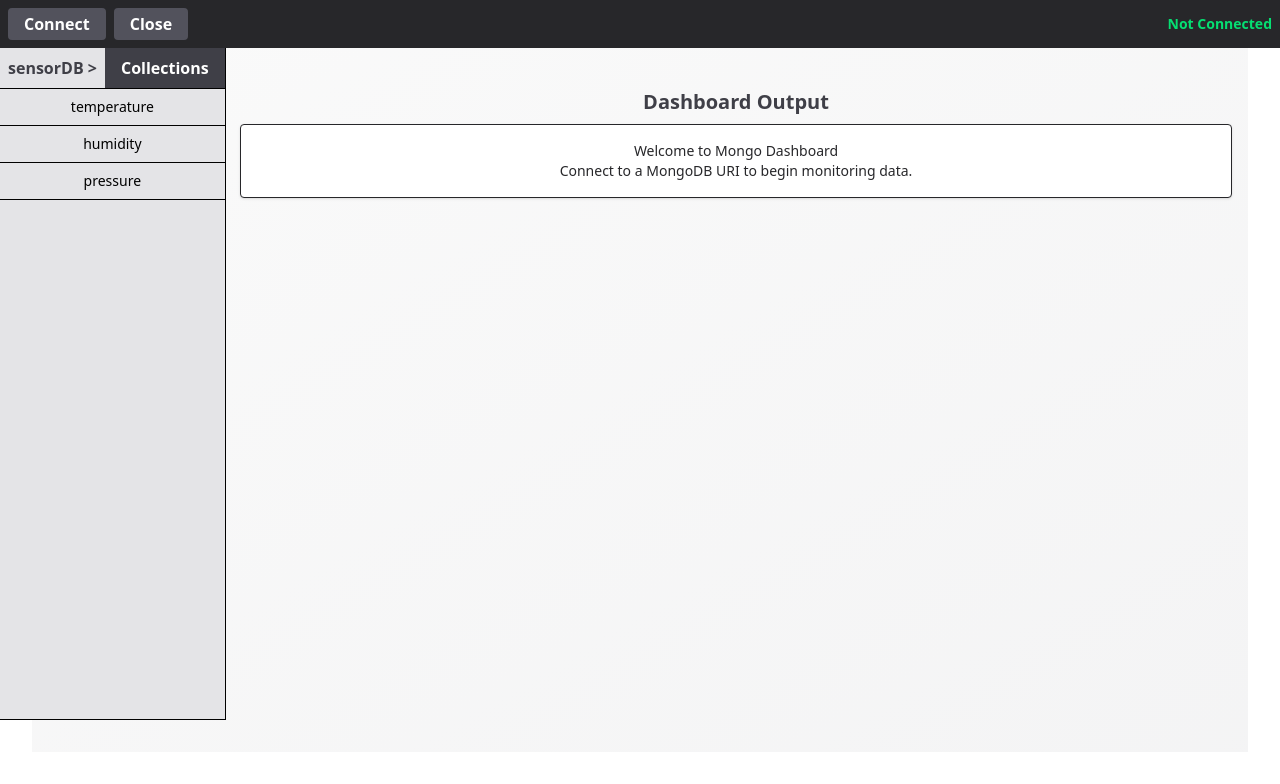
Repository: aryan151pratap/Dashboard
Page: / (app in frontened/), after clicking the first element matching `li.hover\:underline`
An editor plug-in stored every save of this project. The page is shown before and after the next save, followed by the edit.
The browser window is 1280 px wide. The pictures show the whole page.
The project was rebuilt for these pictures with package versions that can differ from the ones it lists, and the page was loaded fresh each time. Also part of the build but not shown: frontened/vite.config.js, frontened/src/component/connect.jsx.

Above is the page before, as saved 2025-06-24 14:34:24.

### frontened/index.html
<!doctype html>
<html lang="en">
  <head>
    <meta charset="UTF-8" />
    <link rel="icon" type="image/svg+xml" href="/vite.svg" />
    <meta name="viewport" content="width=device-width, initial-scale=1.0" />
    <title>Dashboard</title>
    <script src="https://cdn.jsdelivr.net/npm/@tailwindcss/browser@4"></script>

  </head>
  <body>
    <div id="root"></div>
    <script type="module" src="/src/main.jsx"></script>
  </body>
</html>

### frontened/src/App.jsx
import { useState } from 'react'
import './App.css'
import Dashboard from './component/dashboard'

function App() {

  return (
    <>
    <div className='h-screen w-full'>
      <Dashboard/>
    </div>
    </>
  )
}

export default App

### frontened/src/component/dashboard.jsx
import Bar from "./bar";

function Dashboard(){
	return(
		<>
		<div className="h-full w-full bg-gradient-to-br from-zinc-50 to-zinc-100">
			<Bar/>
		</div>
		</>
	)
}

export default Dashboard;

### frontened/src/component/bar.jsx
import { useState } from "react";
import Connect from "./connect";
import Left_bar from "./left_bar";
import Right_bar from "./right_bar";

function Bar() {
  const [buttons] = useState(["connect", "close"]);
  const [showModal, setShowModal] = useState(false);
  const [uri, setUri] = useState("");
  const [connected, setConnected] = useState(false);

  return (
    <div>
		{/* Top Navbar */}
		<div className="w-full fixed top-0 left-0 flex justify-between items-center p-2 bg-zinc-800 text-white z-10">
			<div className="flex gap-2">
			{buttons.map((i, index) => (
				<button
				key={index}
				onClick={() => i === "connect" && setShowModal(true)}
				className="capitalize font-semibold bg-zinc-600 px-4 py-1 rounded hover:bg-zinc-700"
				>
				{i}
				</button>
			))}
			</div>
			<p className="font-semibold text-green-400 text-sm">
			{connected ? "Connected" : "Not Connected"}
			</p>
		</div>

		<div className="h-screen flex flex-col">

			<Left_bar/>

			<Right_bar/>

		</div>

		{showModal && (
			<Connect
				uri={uri}
				setUri={setUri}
				setConnected={setConnected}
				setShowModal={setShowModal}
			/>
		)}
    </div>
  );
}

export default Bar;

### frontened/src/component/left_bar.jsx
import { useState } from "react";
import clusterData from "../data/clusterData";

function Left_bar(){
	const [current_database, setCurrent_database] = useState(null);

	const handle_current_database = function(i){
		setCurrent_database(i);
	}
	return(
		<>
		<div className="shrink-0 h-fit sm:h-full w-full pt-12 sm:w-fit bg-zinc-200 sm:fixed left-0 top-0 border-b sm:border-r">

			<div className="flex flex-row border-b">
				<button className={`sm:w-full sm:text-center font-bold px-2 py-2 ${current_database === null ? 'text-white bg-zinc-700' : 'text-zinc-700'}`}
				onClick={() => setCurrent_database(null)}
				>
					{current_database ?
					<span>{`${current_database.name} >`}</span>
					:
					<span>Databases</span>
					}
				</button>

				{current_database &&
					<button className={`sm:text-center font-bold px-4 py-2 ${current_database !== null ? 'text-white bg-zinc-700' : 'text-zinc-700'}`}>Collections</button>
				}
			</div>


			<ul className="text-sm flex sm:flex-col flex-row">
			{current_database ?
			<>
				{current_database.collections.map((i, index) => (
					<li className="hover:underline cursor-pointer border-r sm:border-r-0 sm:border-b px-4 py-2"
					// onClick={() => handle_current_database(i)}
					>
						{i}
					</li>
				))}
			</>
			:
			<>
				{clusterData.databases.map((i, index) => (
					<li className="hover:underline cursor-pointer border-r sm:border-r-0 sm:border-b px-4 py-2"
					onClick={() => handle_current_database(i)}
					>
						{i.name}
					</li>
				))}
			</>
			}
			</ul>
		</div>
		</>
	)
}

export default Left_bar;

### frontened/src/component/right_bar.jsx
function Right_bar(){
	return(
		<>
		<div className="sm:ml-48 pt-14 p-4">
			<h1 className="text-xl font-bold mb-2 text-zinc-700">Dashboard Output</h1>
			<div className="bg-white p-4 border rounded shadow text-sm text-zinc-800">
			<p>Welcome to Mongo Dashboard</p>
			<p>Connect to a MongoDB URI to begin monitoring data.</p>
			</div>
		</div>
		</>
	)
}

export default Right_bar;

### frontened/src/data/clusterData.js
const clusterData = {
  name: "iotCluster",
  uri: "mongodb+srv://admin:pass@iotcluster.mongodb.net", // optional metadata
  databases: [
    {
      name: "sensorDB",
      collections: ["temperature", "humidity", "pressure"]
    },
    {
      name: "deviceLogs",
      collections: ["bootLogs", "errorLogs", "runtimeStats"]
    },
    {
      name: "statusDB",
      collections: ["uptime", "statusHistory", "batteryHealth"]
    }
  ]
};

export default clusterData;

Loaded but not shown: frontened/src/main.jsx (common file); frontened/src/App.css (common file)

After the next save:
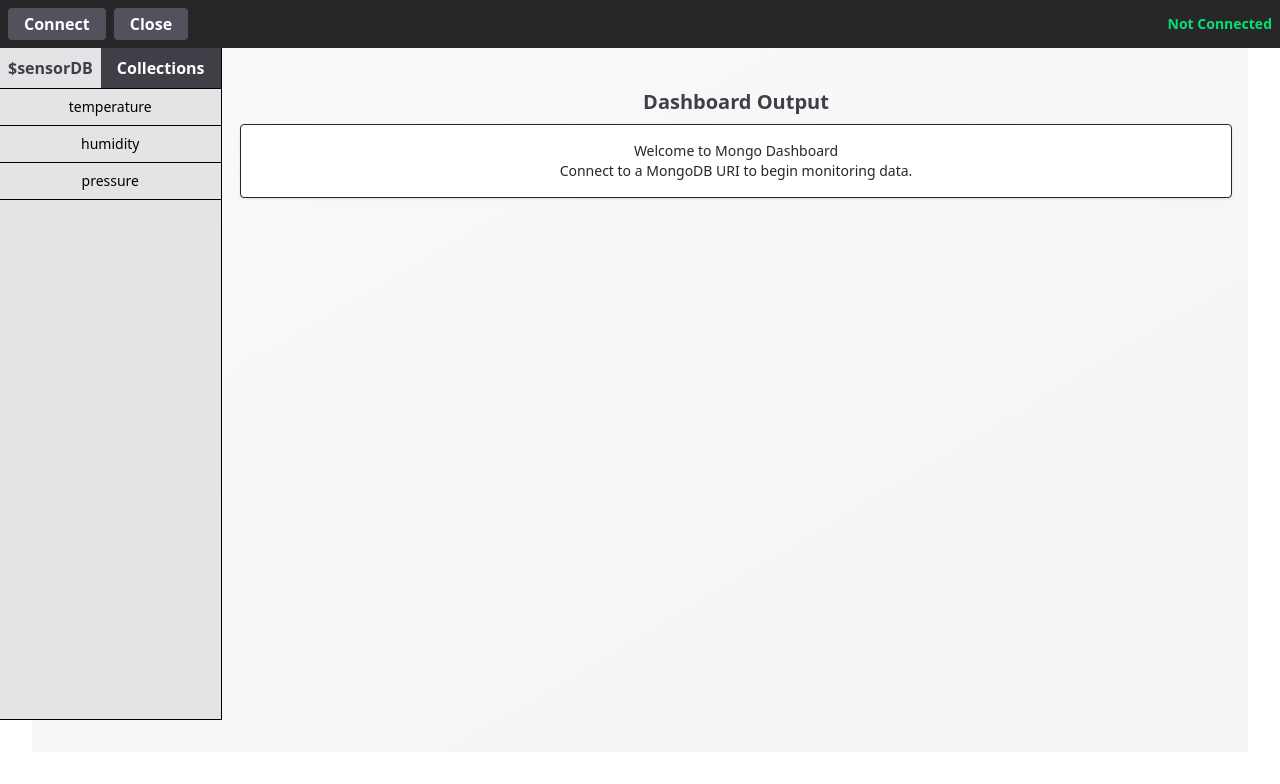
Saved 25 s later.
--- a/frontened/src/component/left_bar.jsx
+++ b/frontened/src/component/left_bar.jsx
@@ -16,7 +16,7 @@ function Left_bar(){
 				onClick={() => setCurrent_database(null)}
 				>
 					{current_database ?
-					<span>{`${current_database.name} >`}</span>
+					<span>${current_database.name}</span>
 					:
 					<span>Databases</span>
 					}
